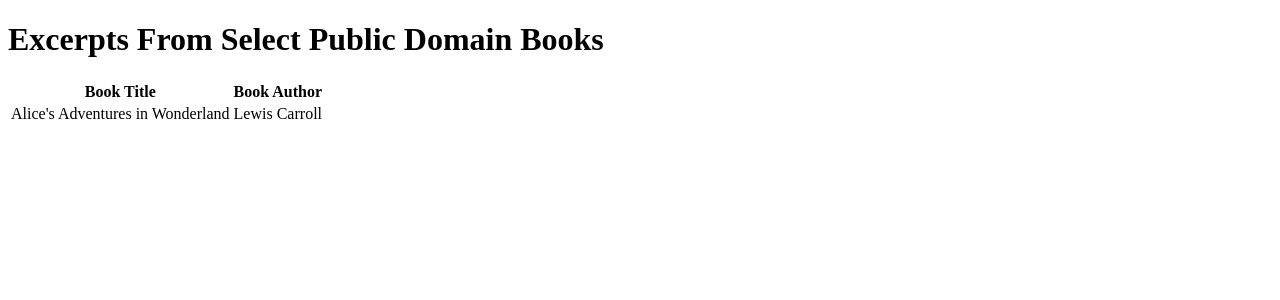
Repository: rishondass/ITMD361-Lab3
Page: index.html
The author's editor kept a copy of each file at every save. The page is drawn from the files as they stood at one save, then again after a run of saves.
The browser window is 1280 px wide. The pictures show the whole page.

Above is the page before, as saved 2023-01-13 14:29:17.

### index.html
<!DOCTYPE html>
<html lang="en">
<head>
    <meta charset="UTF-8">
    <meta http-equiv="X-UA-Compatible" content="IE=edge">
    <meta name="viewport" content="width=device-width, initial-scale=1.0">
    <title>Excerpts From Select Public Domain Books</title>
</head>
<body>
    <h1>Excerpts From Select Public Domain Books</h1>
    <table>
        <thead>
            <tr>
                <th>
                    <strong>Book Title</strong>
                </th>
                <th>
                    <strong>Book Author</strong>
                </th>
            </tr>
        </thead>
        <tbody>
            <tr>
                <td>Alice's Adventures in Wonderland</td>
                <td>Lewis Carroll</td>
            </tr>
            <tr>
                <td></td>
            </tr>
        </tbody>
    </table>
</body>
</html>

After the next 3 saves:
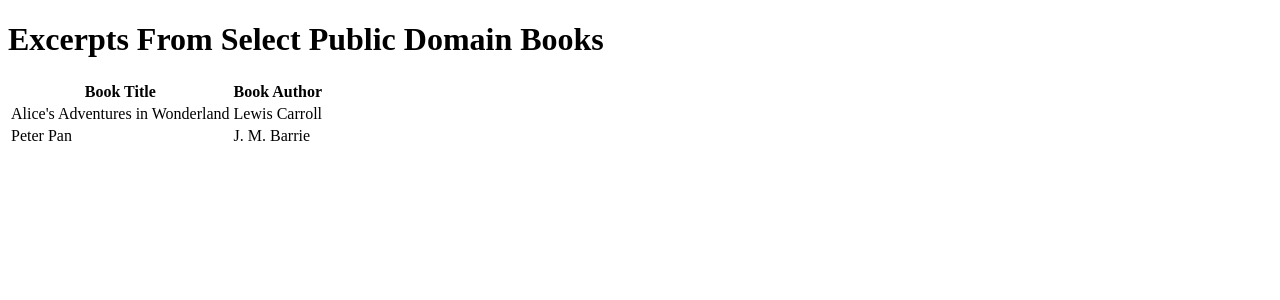
The 3 saves are shown as one change because they came seconds apart.
The last was saved 11 s later.
--- a/index.html
+++ b/index.html
@@ -25,7 +25,8 @@
                 <td>Lewis Carroll</td>
             </tr>
             <tr>
-                <td></td>
+                <td>Peter Pan</td>
+                <td>J. M. Barrie</td>
             </tr>
         </tbody>
     </table>
